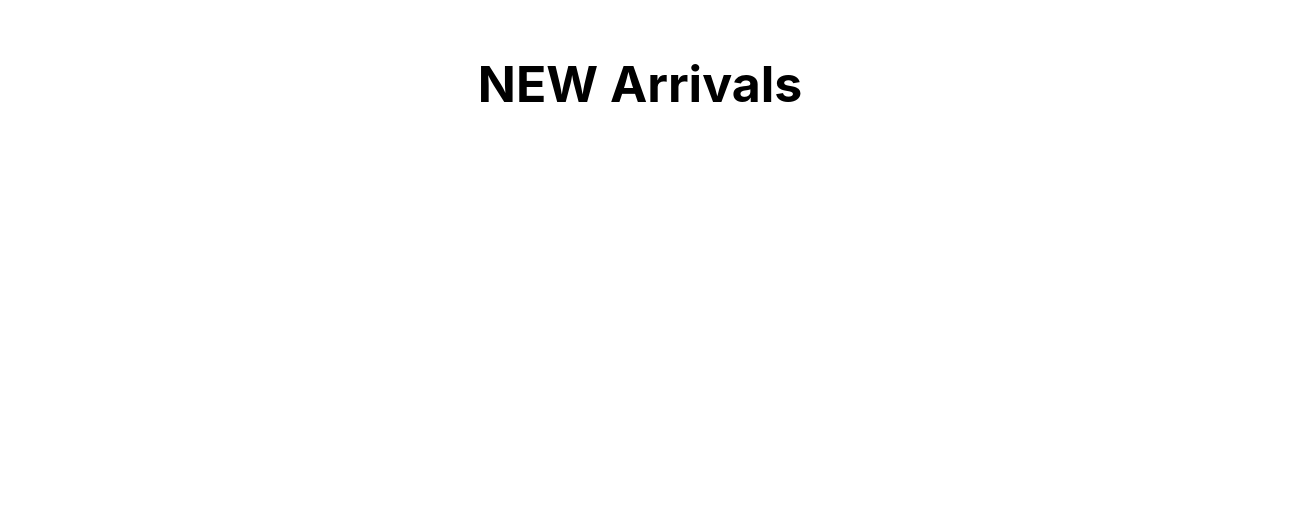
Repository: 0584386177/CuoiKiReactJs
Page: /
The author's editor kept a copy of each file at every save. The page is drawn from the files as they stood at one save, then again after the next save.
The browser window is 1280 px wide. The page is 1310 px wide, so the pictures cover 1310 px, including what lies to the right of the window. The pictures show the part of the page from y = 390 to 900 px (the page is 1390 px tall).
Pictures or frames that could not be fetched are drawn as grey boxes. The page's requests for data from a server got no answer. The project was rebuilt for these pictures with package versions that can differ from the ones it lists, and the page was loaded fresh each time. No one was signed in, and anything a server would have sent is missing. Also part of the build but not shown: src/components/Men/Men.jsx, src/components/Women/Women.jsx.

Above is the page before, as saved 2023-11-10 23:10:10.

### src/App.js
import React from 'react';
import Page from './components/Page/Page';
import { Route,Routes } from 'react-router-dom';
import Men from './components/Men/Men';
import Women from './components/Women/Women';

const App = () => {
  return (
    <div>
      <Routes>
        <Route path='/' element = {<Page></Page>}></Route>
        <Route path='/women' element = {<Women></Women>}></Route>
        <Route path='/men' element={<Men></Men>}></Route>
      </Routes>
    </div>
  );
};

export default App;

### src/components/Page/Page.jsx
import React from 'react';
import Header from './Header';
import styled from 'styled-components';
import Slider from './Slider';
import NewArrivals from './NewArrivals';
const PageWrapper = styled.div`
    width: 100%;
    height: 100vh;
    max-width:1980px;
    margin: 0 auto;

`
const Page = () => {
    return (
        <PageWrapper>
        <Header/>
        <Slider/>
        <NewArrivals/>
        </PageWrapper>
    );
};

export default Page;

### src/components/Page/Header.jsx
import React from "react";
import styled from "styled-components";

const HeaderWrapper = styled.div`
  width: 100%;
  height: 90px;
  display: flex;
  justify-content: space-around;
  align-items: center;
`;
const HeaderLogo = styled.div`
  font-size: 15px;
`;
const HeaderMenu = styled.div`
  ul {
    display: flex;
    list-style: none;

    li {
      padding: 10px 20px;

      a {
        display: block;
        padding: 10px 20px;
        text-decoration: none;
        color: #000;
        font-weight: 500;
        font-size: 17px;
        position: relative;
      }
      a::before {
        content: "";
        position: absolute;
        left: 0;
        bottom: 0;
        height: 2px;
        background: #000000;
        transition: all 0.3s ease;
      }
      a:hover::before {
        width: 100%;
        animation: fluent 0.5s forwards;
      }
    }

    @keyframes fluent {
      0% {
        width: 0px;
      }
      100% {
        width: 100%;
      }
    }
  }
`;
const HeaderFeatures = styled.div`
  display: flex;
  align-items: center;
  width: 340px;
  height: 100%;
`;
const HeaderSearch = styled.div`
  width: 200px;
  height: 30px;
  position: relative;

  input {
    width: 200px;
    height: 30px;
  }
  i {
    position: absolute;
    right: 0;
    top: 50%;
    transform: translateY(-50%);
  }
`;
const HeaderAccount = styled.div`
  margin: 0px 25px;
  font-size: 30px;
`;
const HeaderCart = styled.div`
    font-size: 25px;
`;

const Header = () => {
  return (
    <HeaderWrapper>
      <HeaderLogo>
        <h1>NHOM BAO</h1>
      </HeaderLogo>
      <HeaderMenu>
        <ul>
          <li>
            <a href="#">NEW</a>
          </li>
          <li>
            <a href="#">NỮ</a>
          </li>
          <li>
            <a href="#">NAM</a>
          </li>
          <li>
            <a href="#">GOLF</a>
          </li>
        </ul>
      </HeaderMenu>
      <HeaderFeatures>
        <HeaderSearch className="search">
          <input type="text" placeholder="search..."></input>
          <i class="fa-solid fa-magnifying-glass"></i>
        </HeaderSearch>
        <HeaderAccount className="account">
          <i class="fa-solid fa-person"></i>
        </HeaderAccount>
        <HeaderCart className="cart">
          <i class="fa-solid fa-cart-shopping"></i>
        </HeaderCart>
      </HeaderFeatures>
    </HeaderWrapper>
  );
};

export default Header;

### src/components/Page/Slider.jsx
import React, { useState } from "react";
import styled from "styled-components";

const SliderWrapper = styled.div`
  width: 100%;
  height :800px;
  position: relative;
`;
const SliderButton = styled.div`
  width: 100%;
  position: absolute;
  top: 29%;
  left: 0;
  transform: translateY(-29%);
  display: flex;
  justify-content: space-between;
  align-items: center;
`;
const SliderNext = styled.button`
  width: 50px;
  height: 50px;
  color: white;
  background-color: rgba(76, 78, 80, 0.5);
  outline: none;
  border: none;
  margin-right: 5px;
  font-size: 20px;
  cursor: pointer;
`;
const SliderPre = styled.button`
  width: 50px;
  height: 50px;
  color: white;
  background-color: rgba(76, 78, 80, 0.5);
  outline: none;
  border: none;
  margin-left: 5px;
  font-size: 20px;
  cursor: pointer;
`;
const ArrivalsTitle = styled.div`
  position: relative;

  h1{
    position:absolute;
    top: 50%;
    left: 50%;
    transform: translate(-50%,-50%);
    margin: 5rem 0px;
    font-size: 50px;
  }
`
const Slider = () => {
  const arrayImage = [
    "https://file.hstatic.net/1000143422/file/desktop_banner_slider_1920x600_2link_ult-trn_4b3327ceb7184530ae9783ad00500c46.jpg",
    "https://file.hstatic.net/1000143422/file/desktop_banner_slider_1920x600_2link_street_9e990a78d04646e3ae0fe35feb29b499.jpg",
    "https://file.hstatic.net/1000143422/file/hero-desk_c4-w-1920x720_0cadeff9488b4baab4c417601e60ba7a.jpg",
    "https://file.hstatic.net/1000143422/file/ec-desktop_banner_1920x600px_062fbb7c60db49ada98de87f9f03862c.png",
    "https://file.hstatic.net/1000143422/file/desktop_banner_slider_1920x600_2link_soft_dd3b9719fd3e4818bb108c020a9af7a2.jpg",
  ];

  const [ImageIndexCurrent, setImageIndexCurrent] = useState(0);
  const handleClickNext = () => {
    setImageIndexCurrent(ImageIndexCurrent + 1);
    if (ImageIndexCurrent === 4) setImageIndexCurrent(0);
  };
  const handleClickPre = () => {
    setImageIndexCurrent(ImageIndexCurrent - 1);
    if (ImageIndexCurrent === 0) setImageIndexCurrent(4);
  };
  return (
    <SliderWrapper>
      <div className="image">
        <img src={arrayImage[ImageIndexCurrent]} alt=""></img>
      </div>
      <SliderButton>
        <SliderPre onClick={handleClickPre}>
          <i class="fa-solid fa-arrow-left"></i>
        </SliderPre>
        <SliderNext onClick={handleClickNext}>
          <i class="fa-solid fa-arrow-right"></i>
        </SliderNext>
      </SliderButton>
      <ArrivalsTitle>
        <h1>NEW Arrivals</h1>
      </ArrivalsTitle>

    </SliderWrapper>
  );
};

export default Slider;

### src/components/Page/NewArrivals.jsx
import React, { useEffect, useState } from "react";
import styled from "styled-components";

const ArrivalsWrapper = styled.div`
  width: 100%;
  height: 500px;
  display: flex;
  justify-content: center;
`;
// const ArrivalsTitle = styled.h1`
//   padding: 20px 0px;
// `;
const ArrivalsItems = styled.div`
  display: flex;
`;

const ArrivalsItem = styled.div`
  width: 315px;
  height: 405px;
  padding: 10px 10px;
  display: flex;
  flex-direction: column;
  align-items: center;
`;
const ItemImg = styled.img`
  width: 100%;
  height: 300px;
  object-fit: cover;
  flex-shrink: 0;
`;
const api = "http://localhost:3000/products";
const NewArrivals = () => {
  const [products, setProducts] = useState([null]);
  console.log(products);
  useEffect(() => {
    const fetchData = async () => {
      const response = await fetch(api);
      const data = await response.json();
      return setProducts(data);
    };
    fetchData();
  }, []);
  return (
    <ArrivalsWrapper>
      {/* <ArrivalsTitle>NEW ARRIVALS</ArrivalsTitle> */}

      <ArrivalsItems>
        {/* {Array(4)
          .fill(null)
          .map((item, index) => {
            return (
              <ArrivalsItem>
                <ItemImg src="https://source.unsplash.com/random" alt="" />
                <h4>ECCOs</h4>
              </ArrivalsItem>
            );
          })} */}
        <ArrivalsItem>
          <ItemImg src="https://source.unsplash.com/random" alt="" />
          <h4>ECCOs</h4>
        </ArrivalsItem>{" "}

        <ArrivalsItem>
          <ItemImg src="https://source.unsplash.com/random" alt="" />
          <h4>ECCO</h4>
        </ArrivalsItem>
        <ArrivalsItem>
          <ItemImg src="https://source.unsplash.com/random" alt="" />
          <h4>ECCO</h4>
        </ArrivalsItem>
        <ArrivalsItem>
          <ItemImg src="https://source.unsplash.com/random" alt="" />
          <h4>ECCOs</h4>
        </ArrivalsItem>
      </ArrivalsItems>
    </ArrivalsWrapper>
  );
};

export default NewArrivals;

Loaded but not shown: public/index.html (common file); src/index.js (common file); src/index.css (common file); src/reportWebVitals.js (common file)

After the next save:
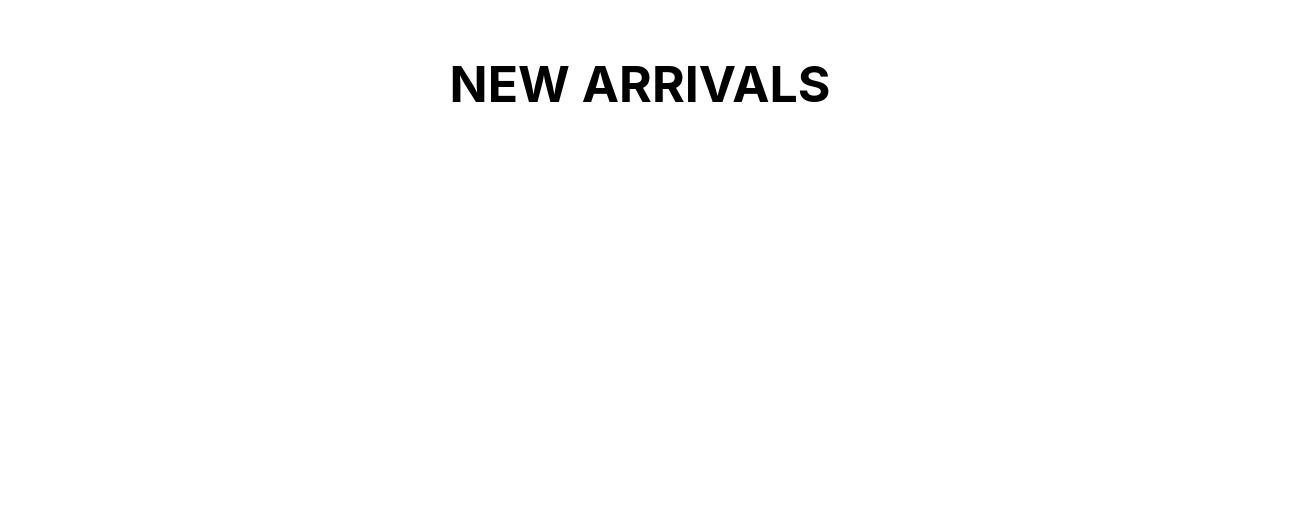
Saved 4 s later.
--- a/src/components/Page/Slider.jsx
+++ b/src/components/Page/Slider.jsx
@@ -82,7 +82,7 @@ const Slider = () => {
         </SliderNext>
       </SliderButton>
       <ArrivalsTitle>
-        <h1>NEW Arrivals</h1>
+        <h1>NEW ARRIVALS</h1>
       </ArrivalsTitle>
 
     </SliderWrapper>
